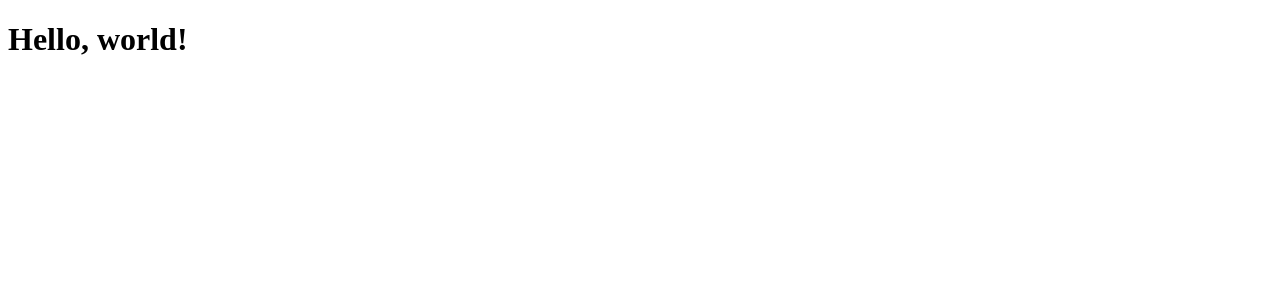
Repository: bayorwor/feedbackapp
Page: /
An editor plug-in stored every save of this project. The page is shown before and after the next save, followed by the edit.
The browser window is 1280 px wide. The pictures show the whole page.
The project was rebuilt for these pictures with package versions that can differ from the ones it lists, and the page was loaded fresh each time.

Above is the page before, as saved 2022-01-30 08:40:34.

### public/index.html
<!DOCTYPE html>
<html lang="en">
  <head>
    <meta charset="utf-8" />
    <link rel="icon" href="%PUBLIC_URL%/favicon.ico" />
    <meta name="viewport" content="width=device-width, initial-scale=1" />
    <meta name="theme-color" content="#000000" />
    <meta
      name="description"
      content="Web site created using create-react-app"
    />
    <link rel="apple-touch-icon" href="%PUBLIC_URL%/logo192.png" />
    <link rel="manifest" href="%PUBLIC_URL%/manifest.json" />
    <title>feedback app</title>
  </head>
  <body>
    <noscript>You need to enable JavaScript to run this app.</noscript>
    <div id="root"></div>
  </body>
</html>

### src/index.js
import React from "react";
import ReactDOM from "react-dom";

ReactDOM.render(
    <h1>Hello, world!</h1>,
    document.getElementById("root")
);

### src/App.js
import React from "react";

const App = () => {
  return (
    <h1>
      Lorem ipsum dolor sit amet consectetur adipisicing elit. Sint dolorum,
      fugit harum incidunt sit tempore est eos nemo maxime architecto impedit
      omnis porro alias labore illo quibusdam dolorem vitae id.
    </h1>
  );
};

export default App;

After the next save:
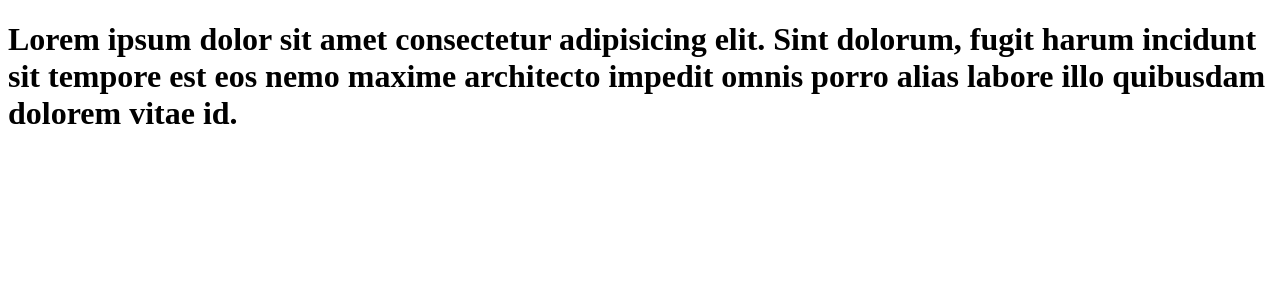
Saved 25 s later.
--- a/src/index.js
+++ b/src/index.js
@@ -1,7 +1,8 @@
 import React from "react";
 import ReactDOM from "react-dom";
+import App from "./App";
 
 ReactDOM.render(
-    <h1>Hello, world!</h1>,
+    <App/>,
     document.getElementById("root")
 );
